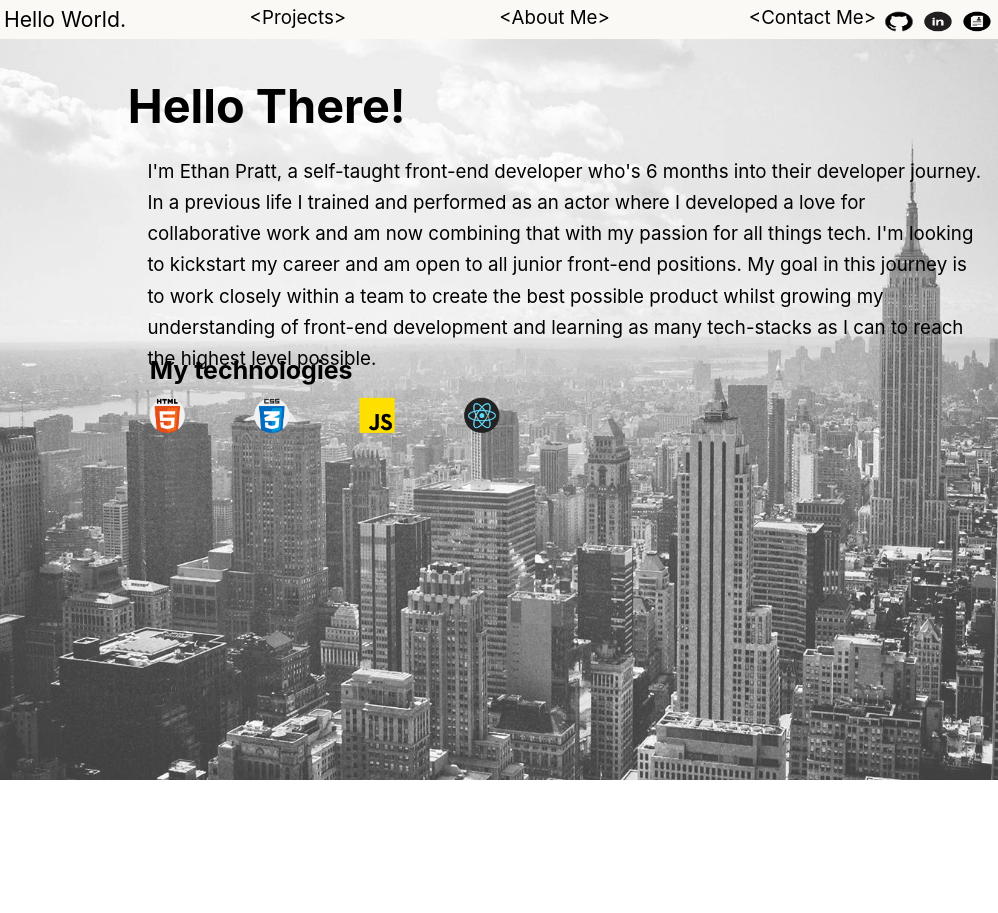
Repository: ghend99/website_ethan_pratt
Page: /about
An editor plug-in stored every save of this project. The page is shown before and after the next save, followed by the edit.
The browser window is 1280 px wide. The pictures show the whole page, at 78% of full size.
The project was rebuilt for these pictures with package versions that can differ from the ones it lists, and the page was loaded fresh each time. Also part of the build but not shown: src/pages/home.js, src/pages/project.js, src/css/contact.css, src/pages/contact.js.

Above is the page before, as saved 2023-05-30 10:54:15.

After the next save:
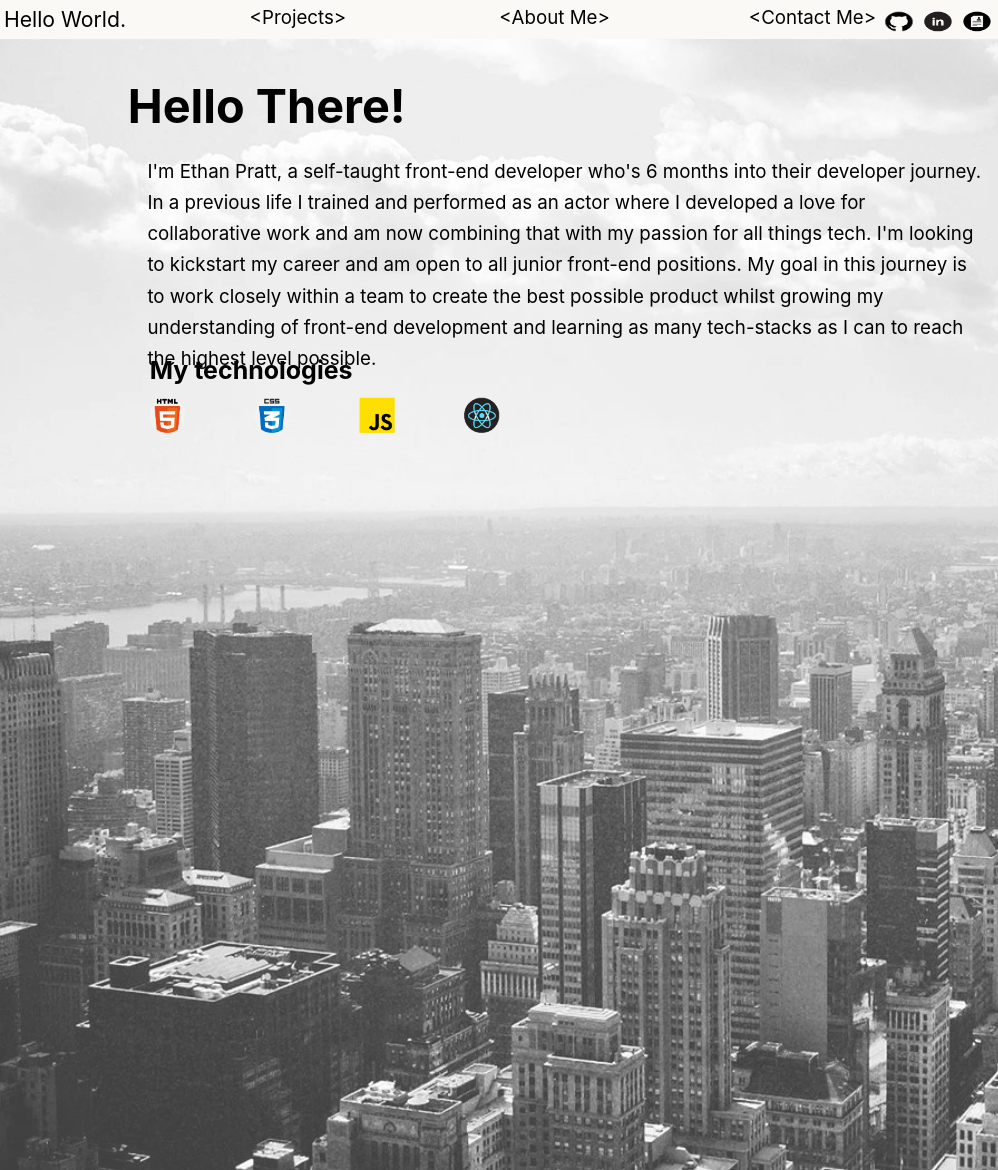
Saved 7 s later.
--- a/src/css/header.css
+++ b/src/css/header.css
@@ -126,7 +126,7 @@
 
 @media screen and (min-width: 0) and (max-width: 1442px) {
   .bg::before {
-    height: 1000px;
+    height: 1500px;
   }
 }
 
